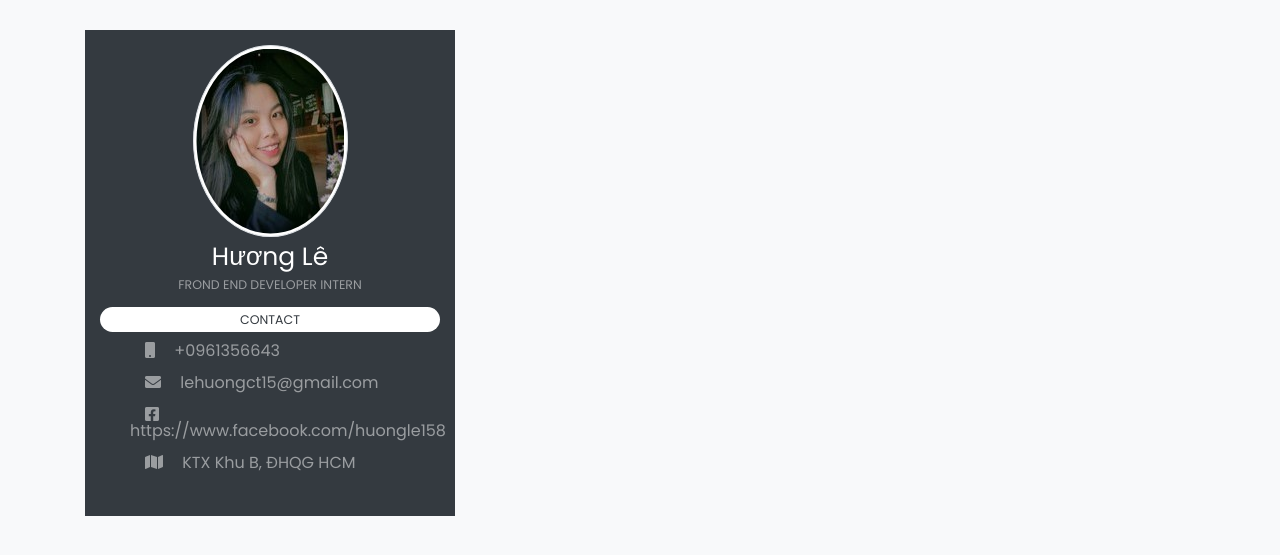
Repository: huongle158/cvhuongle
Page: index.html
These files come from the project's save history. The page is drawn as it stood at one moment and after the next save; the edit follows.
The browser window is 1280 px wide. The pictures show the whole page.
Some web libraries are served in a nearby version.

Above is the page before, as saved 2021-12-12 23:26:23.

### index.html
<!DOCTYPE html>
<html lang="en">
  <head>
    <title>Resume</title>
    <link
      href="https://fonts.googleapis.com/css2?family=Poppins:wght@400;600&display=swap"
      rel="stylesheet"
    />
    <link rel="stylesheet" href="https://cdnjs.cloudflare.com/ajax/libs/font-awesome/5.10.0/css/all.min.css" integrity="sha512-PgQMlq+nqFLV4ylk1gwUOgm6CtIIXkKwaIHp/PAIWHzig/lKZSEGKEysh0TCVbHJXCLN7WetD8TFecIky75ZfQ==" crossorigin="anonymous" referrerpolicy="no-referrer" />
    <!-- Required meta tags -->
    <meta charset="utf-8" />
    <meta
      name="viewport"
      content="width=device-width, initial-scale=1, shrink-to-fit=no"
    />

    <!-- Bootstrap CSS -->
    <link
      rel="stylesheet"
      href="https://stackpath.bootstrapcdn.com/bootstrap/4.3.1/css/bootstrap.min.css"
      integrity="sha384-ggOyR0iXCbMQv3Xipma34MD+dH/1fQ784/j6cY/iJTQUOhcWr7x9JvoRxT2MZw1T"
      crossorigin="anonymous"
    />
    <link rel="stylesheet" href="./assets/css/style.css" />
  </head>
  <body class="bg-light">
    <div class="container p-5">
      <div class="row">

        <div class="col-lg-4 bg-dark text-white text-center py-4">
          <div class="header-left">
            <img
              src="./assets/img/188108614_380364193279457_3096500343222530064_n (1).jpg"
              alt=""
              class="img-thumbnail rounded-circle mb-2"
            />
            <h1 class="display-5">Hương Lê</h1>
            <h4 class="lead text-uppercase text-white-50 mb-4">
              Frond End Developer Intern
            </h4>
          </div>

          <div>
              <h5 class="text-uppercase bg-white text-dark py-2 rounded-pill">contact</h5>
              <ul class="list-unstyled text-white-50 ml-5 py-2 text-left">
                  <li class="list-item mb-4">
                      <i class="fa fa-mobile mx-4"></i>
                      +0961356643
                  </li>
                  <li class="list-item mb-4">
                      <i class="fa fa-envelope mx-4"></i>
                      lehuongct15@gmail.com
                  </li>
                  <li class="list-item mb-4">
                      <i class="fab fa-facebook-square mx-4"></i>
                      https://www.facebook.com/huongle158
                  </li>
                  <li class="list-item mb-4">
                      <i class="fa fa-map mx-4"></i>
                      KTX Khu B, ĐHQG HCM
                  </li>

              </ul>
          </div>



        </div>

        <div class="col-lg-8 bg-light text-dark py-4 px-5"></div>
      </div>
    </div>

    <!-- Optional JavaScript -->
    <!-- jQuery first, then Popper.js, then Bootstrap JS -->
    <script
      src="https://code.jquery.com/jquery-3.3.1.slim.min.js"
      integrity="sha384-q8i/X+965DzO0rT7abK41JStQIAqVgRVzpbzo5smXKp4YfRvH+8abtTE1Pi6jizo"
      crossorigin="anonymous"
    ></script>
    <script
      src="https://cdnjs.cloudflare.com/ajax/libs/popper.js/1.14.7/umd/popper.min.js"
      integrity="sha384-UO2eT0CpHqdSJQ6hJty5KVphtPhzWj9WO1clHTMGa3JDZwrnQq4sF86dIHNDz0W1"
      crossorigin="anonymous"
    ></script>
    <script
      src="https://stackpath.bootstrapcdn.com/bootstrap/4.3.1/js/bootstrap.min.js"
      integrity="sha384-JjSmVgyd0p3pXB1rRibZUAYoIIy6OrQ6VrjIEaFf/nJGzIxFDsf4x0xIM+B07jRM"
      crossorigin="anonymous"
    ></script>
  </body>
</html>

### assets/css/style.css
html {
  box-sizing: border-box;
  font-family: 'Roboto', sans-serif;
}
* {
  margin: 0;
  padding: 0;
}
*,
*:before,
*:after {
  box-sizing: border-box;
}
input,
textarea,
select,
button {
  outline: none;
}
input {
  line-height: normal;
}
label,
button {
  cursor: pointer;
}
a {
  text-decoration: none;
}
img {
  display: block;
  max-width: 100%;
}
*,
*:before,
*:after {
  box-sizing: border-box;
}
/* using rem unit */
html {
  font-size: 62.5%;
}
a {
  text-decoration: none;
}
img {
  display: block;
  max-width: 100%;
}
body {
  font-family: "Poppins", sans-serif;
  font-size: 16px;
  line-height: 1;
}
/*  */
img.rounded-circle{
margin: 0 auto;
}

After the next save:
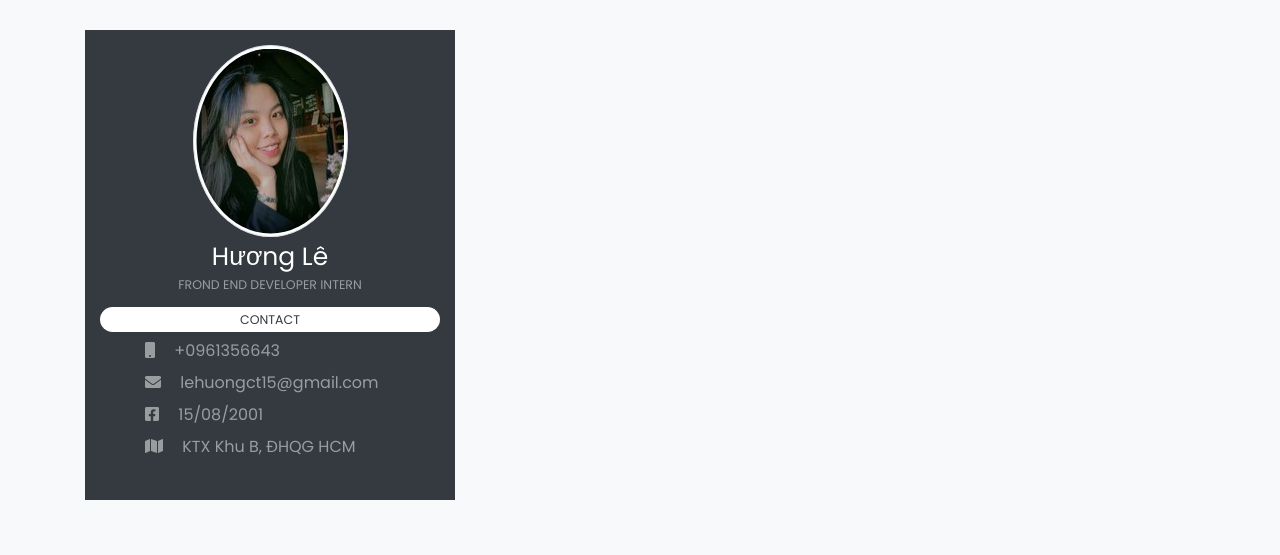
Saved 23 s later.
--- a/index.html
+++ b/index.html
@@ -53,7 +53,7 @@
                   </li>
                   <li class="list-item mb-4">
                       <i class="fab fa-facebook-square mx-4"></i>
-                      https://www.facebook.com/huongle158
+                     15/08/2001
                   </li>
                   <li class="list-item mb-4">
                       <i class="fa fa-map mx-4"></i>
